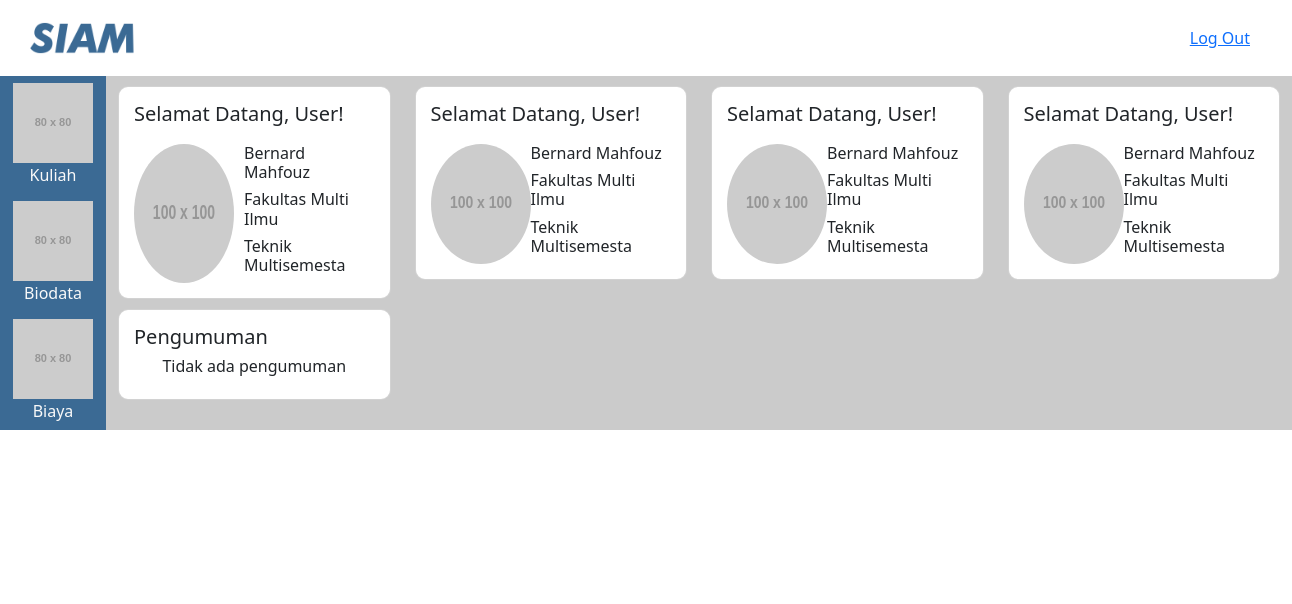
Repository: haikalirf/Project-IMK
Page: kuliah.html
The author's editor kept a copy of each file at every save. The page is drawn from the files as they stood at one save, then again after the next save.
The browser window is 1280 px wide. The page is 1292 px wide, so the pictures cover 1292 px, including what lies to the right of the window. The pictures show the whole page.

Above is the page before, as saved 2022-12-10 17:43:03.

### kuliah.html
<!DOCTYPE html>
<html lang="en">
<head>
	<meta charset="UTF-8">
	<meta http-equiv="X-UA-Compatible" content="IE=edge">
	<meta name="viewport" content="width=device-width, initial-scale=1.0">
	<title>SIAM</title>
	<link rel="icon" href="/assets/logo_ub.ico">
	<link rel="stylesheet" href="https://cdn.jsdelivr.net/npm/bootstrap@5.2.3/dist/css/bootstrap.min.css" integrity="sha384-rbsA2VBKQhggwzxH7pPCaAqO46MgnOM80zW1RWuH61DGLwZJEdK2Kadq2F9CUG65" crossorigin="anonymous">
	<link rel="stylesheet" href="/styles/kuliah.css">
</head>
<body>
	<nav class="navbar" id="navbar">
		<a class="navbar-brand" href="/kuliah.html">
			<img id="navbar-image" src="/assets/SIAM.png" alt="SIAM">
		</a>
		<a class="navbar-link" href="#">Log Out</a>
	</nav>
	<div id="content">
		<div id="sidebar">
			<a class="btn" href="">
				<img id="sidebar-kuliah" src="https://via.placeholder.com/80" alt="Kuliah">
				<br>
				<label for="sidebar-kuliah">Kuliah</label>
			</a>
			<a class="btn" href="">
				<img id="sidebar-biodata" src="https://via.placeholder.com/80" alt="Biodata">
				<br>
				<label for="sidebar-biodata">Biodata</label>
			</a>
			<a class="btn" href="">
				<img id="sidebar-biaya" src="https://via.placeholder.com/80" alt="Biaya">
				<br>
				<label for="sidebar-biaya">Biaya</label>
			</a>
		</div>
		<div class="row main-rows">
			<div class="col">
				<div class="card" id="card-user">
					<h5 class="card-title">Selamat Datang, User!</h5>
					<div class="card-body">
						<img class="rounded-circle" src="https://via.placeholder.com/100" alt="User Image">
						<div class="card-text-user">
							<h6>Bernard Mahfouz</h6>
							<h6>Fakultas Multi Ilmu</h6>
							<h6>Teknik Multisemesta</h6>
						</div>
					</div>
				</div>
				<div class="card" id="card-pengumuman">
					<h5>Pengumuman</h5>
					<div id="text-pengumuman">
						<h6>Tidak ada pengumuman</h6>
					</div>
				</div>
			</div>
			<div class="col">
				<div class="card" id="card-user">
					<h5 class="card-title">Selamat Datang, User!</h5>
					<div class="card-body">
						<img class="rounded-circle" src="https://via.placeholder.com/100" alt="User Image">
						<div class="card-text-group">
							<h6>Bernard Mahfouz</h6>
							<h6>Fakultas Multi Ilmu</h6>
							<h6>Teknik Multisemesta</h6>
						</div>
					</div>
				</div>
			</div>
			<div class="col">
				<div class="card" id="card-user">
					<h5 class="card-title">Selamat Datang, User!</h5>
					<div class="card-body">
						<img class="rounded-circle" src="https://via.placeholder.com/100" alt="User Image">
						<div class="card-text-group">
							<h6>Bernard Mahfouz</h6>
							<h6>Fakultas Multi Ilmu</h6>
							<h6>Teknik Multisemesta</h6>
						</div>
					</div>
				</div>
			</div>
			<div class="col">
				<div class="card" id="card-user">
					<h5 class="card-title">Selamat Datang, User!</h5>
					<div class="card-body">
						<img class="rounded-circle" src="https://via.placeholder.com/100" alt="User Image">
						<div class="card-text-group">
							<h6>Bernard Mahfouz</h6>
							<h6>Fakultas Multi Ilmu</h6>
							<h6>Teknik Multisemesta</h6>
						</div>
					</div>
				</div>
			</div>
		</div>
	</div>
	<script src="https://cdn.jsdelivr.net/npm/bootstrap@5.2.3/dist/js/bootstrap.bundle.min.js" integrity="sha384-kenU1KFdBIe4zVF0s0G1M5b4hcpxyD9F7jL+jjXkk+Q2h455rYXK/7HAuoJl+0I4" crossorigin="anonymous"></script>
</body>
</html>

### styles/kuliah.css
html {
	box-sizing: border-box;
}

*, *:before, *:after {
	box-sizing: inherit;
}

html, body {
	height: 100%;
}

#navbar {
	display: flex;
	justify-content: space-between;
	margin: 0px 30px;
}

#navbar-image {
	height: 50px;
}

#content {
	display: flex;
	width: 100%;
}

#sidebar {
	background-color: #3b6a94;
	display: flex;
	flex-direction: column;
	flex: 1;
}

a img, a label {
	color: #f9f9f9;
}

.main-rows{
	background-color: #cbcbcb;
	margin-left: 0px;
	width: calc(100% - 106px);
	flex: 100;
}

.card {
	margin: 10px 0px;
	padding: 15px;
	border-radius: 10px;
}

.card-body{
	display: flex;
	padding: 10px 0px 0px;
}

.card-text-user {
	margin-left: 10px;
	display: flex;
	flex-direction: column;
	justify-content: space-between;
}

.card-pengumuman h6{
	text-align: center;
	vertical-align: middle;
	max-height: 100%;
}

#text-pengumuman {
	display: flex;
	justify-content: center;
	align-items: center;
}

After the next save:
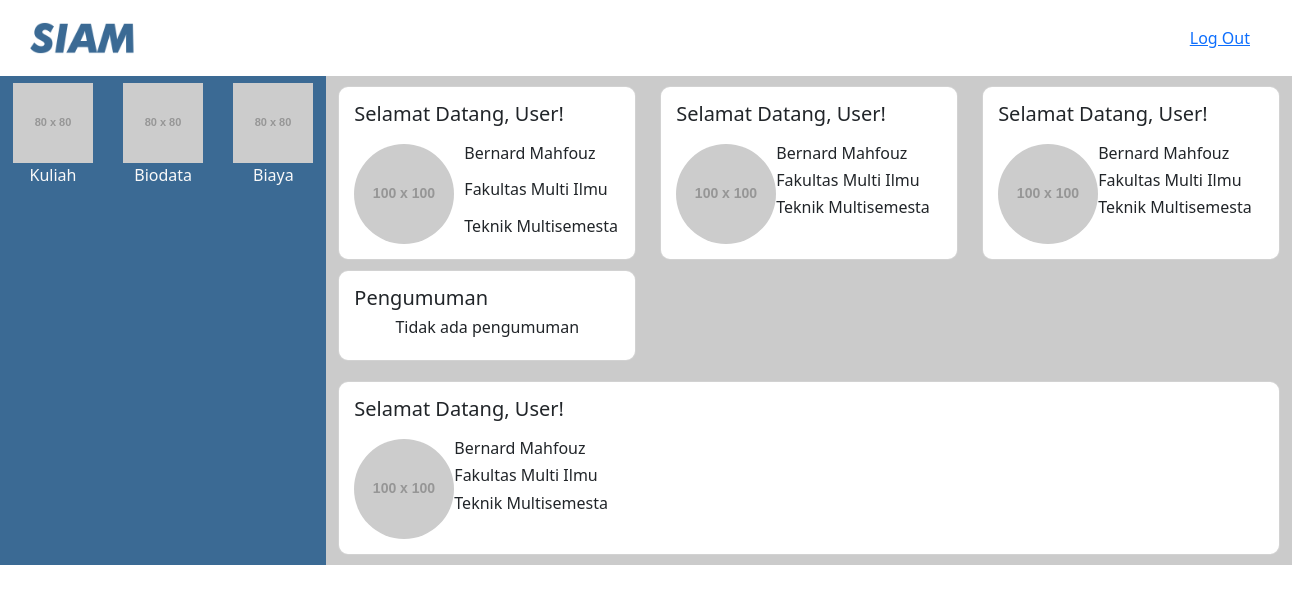
Saved 62 s later.
--- a/styles/kuliah.css
+++ b/styles/kuliah.css
@@ -27,9 +27,6 @@ html, body {
 
 #sidebar {
 	background-color: #3b6a94;
-	display: flex;
-	flex-direction: column;
-	flex: 1;
 }
 
 a img, a label {

After the save that followed:
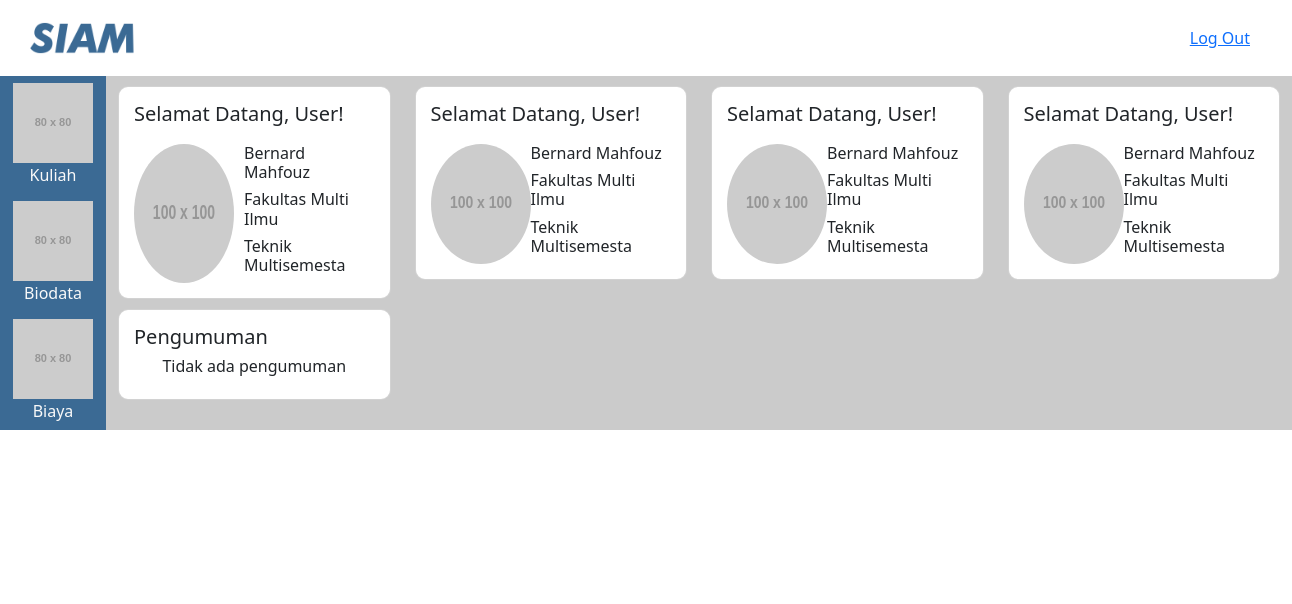
Saved 13 s later.
--- a/styles/kuliah.css
+++ b/styles/kuliah.css
@@ -27,6 +27,9 @@ html, body {
 
 #sidebar {
 	background-color: #3b6a94;
+	display: flex;
+	flex-direction: column;
+	flex: 1;
 }
 
 a img, a label {
